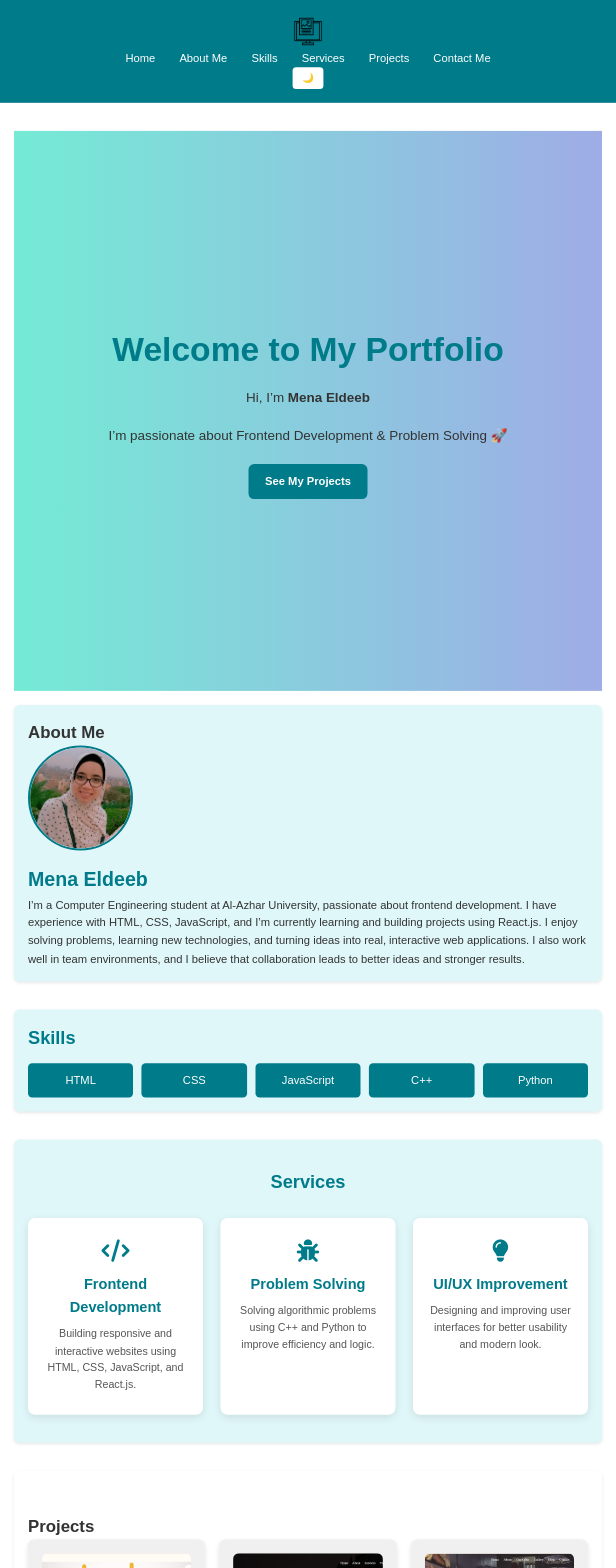
Repository: MenaEldeeb/My-Portfolio
Page: index.html
These files come from the project's save history. The page is drawn as it stood at one moment and after the next save; the edit follows.
The browser window is 768 px wide. The page is 880 px wide, so the pictures cover 880 px, including what lies to the right of the window. The pictures show the part of the page from y = 0 to 2240 px (the page is 3246 px tall), at 70% of full size.

Above is the page before, as saved 2025-08-29 13:11:06.

### index.html
<!DOCTYPE html>
<html lang="en">
<head>
  <meta charset="UTF-8" />
  <meta name="viewport" content="width=device-width, initial-scale=1.0" />
  <title>My Portfolio</title>
  <link rel="stylesheet" href="CSS/style.css" />

  <!-- Font Awesome -->
  <link rel="stylesheet" href="https://cdnjs.cloudflare.com/ajax/libs/font-awesome/6.5.0/css/all.min.css"
        integrity="sha512-..."
        crossorigin="anonymous"
        referrerpolicy="no-referrer" />
</head>

<body>
  <div id="container">

    <!-- Header -->
    <header id="hd">
      <div class="logo">
        <img src="images/logo.png" alt="Logo" />
      </div>

      <nav class="nav-text">
        <a href="#home">Home</a>
        <a href="#about">About Me</a>
        <a href="#skills">Skills</a>
        <a href="#services">Services</a>
        <a href="#projects">Projects</a>
        <a href="#contact">Contact Me</a>
      </nav>

      <button id="theme-toggle">🌙</button>
    </header>

    <!-- Sidebar (اختياري) -->
    <!--
    <aside id="sd">
      <nav class="icon-nav">
        <a href="#home" title="Home"><i class="fas fa-home"></i></a>
        <a href="#about" title="About Me"><i class="fas fa-user"></i></a>
        <a href="#skills" title="Skills"><i class="fas fa-laptop-code"></i></a>
        <a href="#projects" title="Projects"><i class="fas fa-folder-open"></i></a>
        <a href="#contact" title="Contact Me"><i class="fas fa-envelope"></i></a>
      </nav>
    </aside>
    -->

    <!-- Main Content -->
    <main id="mn">

      <!-- Home -->
      <section id="home">
        <div class="home-content">
          <h1>Welcome to My Portfolio</h1>
          <p>Hi, I’m <strong>Mena Eldeeb</strong></p>
          <p>I’m passionate about Frontend Development & Problem Solving 🚀</p>
          <a href="#projects" class="btn">See My Projects</a>
        </div>
      </section>

      <!-- About Me -->
      <section id="about">
        <h2>About Me</h2>
        <div class="about-content">
          <img src="images/Mena.jpg" alt="Profile picture of Mena Eldeeb" class="profile-img" />
          <div>
            <h3 class="my-name">Mena Eldeeb</h3>
            <p>
              I’m a Computer Engineering student at Al-Azhar University, passionate about frontend development.
              I have experience with HTML, CSS, JavaScript, and I’m currently learning and building projects using React.js.
              I enjoy solving problems, learning new technologies, and turning ideas into real, interactive web applications.
              I also work well in team environments, and I believe that collaboration leads to better ideas and stronger results.
            </p>
          </div>
        </div>
      </section>

      <!-- Skills -->
      <section id="skills">
        <h2>Skills</h2>
        <ul>
          <li>HTML</li>
          <li>CSS</li>
          <li>JavaScript</li>
          <li>C++</li>
          <li>Python</li>
        </ul>
      </section>

      <!-- Services -->
      <section id="services">
        <h2>Services</h2>
        <div class="services-container">
          <div class="service-card">
            <i class="fas fa-code fa-2x"></i>
            <h3>Frontend Development</h3>
            <p>Building responsive and interactive websites using HTML, CSS, JavaScript, and React.js.</p>
          </div>

          <div class="service-card">
            <i class="fas fa-bug fa-2x"></i>
            <h3>Problem Solving</h3>
            <p>Solving algorithmic problems using C++ and Python to improve efficiency and logic.</p>
          </div>

          <div class="service-card">
            <i class="fas fa-lightbulb fa-2x"></i>
            <h3>UI/UX Improvement</h3>
            <p>Designing and improving user interfaces for better usability and modern look.</p>
          </div>
        </div>
      </section>

      <!-- Projects -->
      <section id="projects">
        <h2>Projects</h2>
        <div class="projects-container">
          <div class="project-card">
            <img src="images/Screenshot (357).png" alt="To-do List project preview">
            <h3>To-do List</h3>
            <p>A simple to-do list app with HTML, CSS, and JavaScript.</p>
            <a href="https://github.com/MenaEldeeb/To-Do-Iist.git" target="_blank" rel="noopener noreferrer">View on GitHub</a>
          </div>

          <div class="project-card">
            <img src="images/Screenshot (355).png" alt="Fokir Template project preview">
            <h3>Fokir</h3>
            <p>A fully responsive template built with HTML, CSS, and JavaScript.</p>
            <a href="https://github.com/MenaEldeeb/fokir.git" target="_blank" rel="noopener noreferrer">View on GitHub</a>
          </div>

          <div class="project-card">
            <img src="images/Screenshot (356).png" alt="Bakery Engage project preview">
            <h3>Bakery Engage</h3>
            <p>A simple responsive app built using HTML and CSS for a fictional bakery.</p>
            <a href="https://github.com/MenaEldeeb/task4.git" target="_blank" rel="noopener noreferrer">View on GitHub</a>
          </div>
        </div>
      </section>

      <!-- Contact Me -->
      <section id="contact">
        <h2>Contact Me</h2>
        <form id="contact-form" method="POST" action="https://formsubmit.co/menaeldeeb98@gmail.com">
          <input type="hidden" name="_captcha" value="false" />

          <label for="name">Name</label>
          <input type="text" id="name" name="name" placeholder="Your Name" required />

          <label for="email">Email</label>
          <input type="email" id="email" name="email" placeholder="Your Email" required />

          <label for="message">Message</label>
          <textarea id="message" name="message" placeholder="Your Message" rows="5" required></textarea>

          <button type="submit">Send</button>
        </form>
        <p id="form-status" style="display:none;"></p>
      </section>
    </main>

    <!-- Footer -->
    <footer id="ft">
      &copy; 2025 Mena Eldeeb. All rights reserved.
    </footer>
  </div>

  <script src="JS/main.js"></script>
</body>
</html>

### CSS/style.css
/* ========== Reset ========== */
* {
  margin: 0;
  padding: 0;
  box-sizing: border-box;
}

/* ========== Global Styles ========== */
body {
  font-family: 'Poppins', sans-serif;
  background-color: #f5f7fa;
  color: #333;
  line-height: 1.6;
  overflow-x: hidden;
}


img {
  max-width: 100%;
  height: auto;
  display: block;
}

/* ========== Home Section ========== */
#home {
  height: 100vh;
  display: flex;
  justify-content: center;
  align-items: center;
  text-align: center;
  background: linear-gradient(to right, #74ebd5, #9face6);
  color: #333;
  padding: 20px;
  margin-bottom: 20px;
}
#home h1 {
  font-size: 3rem;
  margin-bottom: 1rem;
  color: #007b8a;
}
#home p {
  font-size: 1.2rem;
  margin-bottom: 1.5rem;
}
#home .btn {
  display: inline-block;
  padding: 12px 24px;
  background: #007b8a;
  color: #fff;
  border-radius: 8px;
  text-decoration: none;
  font-weight: bold;
  transition: background 0.3s, transform 0.2s;
}
#home .btn:hover {
  background: #005f6b;
  transform: scale(1.05);
}

/* Dark Mode Home */
body.dark-mode #home {
  background: linear-gradient(to right, #1e1e1e, #333);
  color: #f1f1f1;
}
body.dark-mode #home h1 {
  color: #90caf9;
}

/* ========== Layout ========== */
#container {
  display: grid;
  grid-template-areas:
    "hd"
    "mn"
    "sd"
    "ft";
  grid-template-columns: 1fr;
  grid-template-rows: auto;
  min-height: 100vh;
}

/* ========== Header ========== */
#hd {
  grid-area: hd;
  background-color: #007b8a;
  color: white;
  display: flex;
  justify-content: space-between;
  align-items: center;
  flex-wrap: wrap;
  padding: 20px;
}
.logo img {
  height: 50px;
}
.nav-text a {
  color: white;
  text-decoration: none;
  margin: 0 15px;
  font-weight: 500;
  transition: color 0.3s;
}
#theme-toggle {
  background-color: white;
  color: #007b8a;
  border: none;
  padding: 8px 14px;
  border-radius: 5px;
  cursor: pointer;
  transition: background 0.3s;
}
#theme-toggle:hover {
  background-color: #eee;
}

/* ========== Sidebar ========== */
#sd {
  grid-area: sd;
  background-color: #ffe8b0;
  display: flex;
  justify-content: center;
  gap: 20px;
  padding: 20px;
  font-size: 20px;
}
.icon-nav a {
  color: #333;
  transition: color 0.3s;
}
.icon-nav a:hover {
  color: #007b8a;
}

/* ========== Main Content ========== */
#mn {
  grid-area: mn;
  padding: 30px 20px;
  background-color: #fff;
}

/* ========== Section Styling ========== */
#about, #skills, #projects, #contact {
  background-color: #e0f7fa;
  border-radius: 8px;
  padding: 20px;
  margin-bottom: 40px;
  box-shadow: 0 2px 5px rgba(0,0,0,0.1);
}
#contact { margin-bottom: 0; }

/* ========== About ========== */
.about-content {
  display: flex;
  gap: 20px;
  align-items: center;
  flex-wrap: wrap;
}
.profile-img {
  width: 150px;
  height: 150px;
  border-radius: 50%;
  object-fit: cover;
  border: 3px solid #007b8a;
}
.my-name {
  font-size: 28px;
  color: #007b8a;
}

/* ========== Skills ========== */
#skills h2 {
  font-size: 26px;
  margin-bottom: 15px;
  color: #007b8a;
}
#skills ul {
  display: grid;
  grid-template-columns: repeat(auto-fit, minmax(120px, 1fr));
  gap: 12px;
  padding: 0;
  list-style: none;
}
#skills li {
  background-color: #007b8a;
  color: white;
  padding: 12px 10px;
  border-radius: 6px;
  text-align: center;
  font-weight: 300;
  transition: transform 0.3s ease, background-color 0.3s ease;
}
#skills li:hover {
  background-color: #005f6b;
  transform: translateY(-4px);
}
/* ========== Services ========== */
#services {
  background-color: #e0f7fa;
  border-radius: 8px;
  padding: 40px 20px;
  margin-bottom: 40px;
  box-shadow: 0 2px 5px rgba(0,0,0,0.1);
}
#services h2 {
  font-size: 26px;
  margin-bottom: 30px;
  color: #007b8a;
  text-align: center;
}
.services-container {
  display: grid;
  grid-template-columns: repeat(auto-fit, minmax(250px, 1fr));
  gap: 25px;
  max-width: 1100px;
  margin: 0 auto;
}
.service-card {
  background-color: #fff;
  padding: 30px 20px;
  border-radius: 10px;
  box-shadow: 0 4px 12px rgba(0,0,0,0.1);
  text-align: center;
  transition: transform 0.3s ease, box-shadow 0.3s ease;
}
.service-card:hover {
  transform: translateY(-6px);
  box-shadow: 0 6px 16px rgba(0,0,0,0.15);
}
.service-card i {
  color: #007b8a;
  margin-bottom: 15px;
}
.service-card h3 {
  font-size: 1.3rem;
  margin-bottom: 10px;
  color: #007b8a;
}
.service-card p {
  font-size: 0.95rem;
  color: #555;
}

/* ========== Dark Mode Services ========== */
body.dark-mode #services {
  background-color: #2a2a2a;
}
body.dark-mode .service-card {
  background-color: #3a3a3a;
  box-shadow: 0 4px 12px rgba(0,0,0,0.4);
}
body.dark-mode .service-card i,
body.dark-mode .service-card h3 {
  color: #90caf9;
}
body.dark-mode .service-card p {
  color: #ddd;
}

/* ========== Projects ========== */
#projects {
  padding: 60px 20px;
  background-color: #fff;
}
.projects-container {
  display: grid;
  grid-template-columns: repeat(auto-fit, minmax(280px, 1fr));
  gap: 25px;
  max-width: 1100px;
  margin: 0 auto;
}
.project-card {
  background-color: #f0f0f0;
  padding: 20px;
  border-radius: 10px;
  box-shadow: 0 3px 8px rgba(0,0,0,0.1);
  text-align: center;
  transition: transform 0.3s ease, box-shadow 0.3s ease;
}
.project-card:hover {
  transform: translateY(-8px);
  box-shadow: 0 6px 14px rgba(0,0,0,0.2);
}
.project-card img {
  width: 100%;
  height: 200px;
  object-fit: cover;
  border-radius: 8px;
  margin-bottom: 15px;
  transition: transform 0.3s ease;
}
.project-card img:hover {
  transform: scale(1.05);
}
.project-card h3 {
  margin-bottom: 10px;
  font-size: 1.4rem;
  color: #007b8a;
}
.project-card p {
  font-size: 0.95rem;
  margin-bottom: 15px;
  color: #555;
}
.project-card a {
  display: inline-block;
  color: #007b8a;
  font-weight: bold;
  text-decoration: none;
  transition: color 0.3s ease;
}
.project-card a:hover {
  color: #005f6b;
  text-decoration: underline;
}

/* ========== Contact ========== */
#contact h2 {
  font-size: 26px;
  margin-bottom: 15px;
  color: #007b8a;
}
.contact-info p {
  margin-bottom: 5px;
  font-weight: 500;
}
form {
  margin-top: 20px;
}
form label {
  display: block;
  margin-bottom: 5px;
  font-weight: bold;
}
form input, form textarea {
  width: 100%;
  padding: 10px;
  margin-bottom: 10px;
  border: 1px solid #ccc;
  border-radius: 5px;
}
form button {
  background-color: #007b8a;
  color: white;
  padding: 10px 20px;
  border: none;
  border-radius: 4px;
  cursor: pointer;
}
form button:hover {
  background-color: #005f6b;
}

/* ========== Footer ========== */
#ft {
  grid-area: ft;
  background-color: #1e1e1e;
  color: white;
  text-align: center;
  padding: 15px 0;
}

/* ========== Dark Mode ========== */
body.dark-mode {
  background-color: #121212;
  color: #f1f1f1;
}
body.dark-mode #hd,
body.dark-mode #ft {
  background-color: #1e1e1e;
  color: #f1f1f1;
}
body.dark-mode #mn {
  background-color: #1a1a1a;
}
body.dark-mode #about,
body.dark-mode #skills,
body.dark-mode #projects,
body.dark-mode #contact {
  background-color: #2a2a2a;
  box-shadow: none;
}
body.dark-mode .project-card {
  background-color: #3a3a3a;
  box-shadow: 0 3px 8px rgba(0,0,0,0.6);
}
body.dark-mode .project-card h3,
body.dark-mode .project-card a {
  color: #90caf9;
}
body.dark-mode .project-card p {
  color: #ddd;
}
body.dark-mode #skills li {
  background-color: #555;
  color: #ddd;
}

/* ========== Responsive Design ========== */
/* Tablets (≤1023px) */
@media (max-width: 1023px) {
  #container {
    grid-template-areas:
      "hd"
      "sd"
      "mn"
      "ft";
    grid-template-columns: 1fr;
    grid-template-rows: auto auto 1fr auto;
  }
  #hd {
    padding: 20px 40px;
    flex-direction: column;
    text-align: center;
  }
  #sd {
    justify-content: flex-start;
    gap: 30px;
    font-size: 22px;
    padding: 20px 20px; /* قللت الـ padding يمين وشمال */
    flex-wrap: wrap;
  }
  #mn {
    padding: 40px 20px; /* قللت يمين وشمال */
  }
  .projects-container {
    grid-template-columns: repeat(auto-fit, minmax(230px, 1fr));
    gap: 20px;
  }
  #skills ul {
    grid-template-columns: repeat(auto-fit, minmax(100px, 1fr));
  }
}

/* Mobile (≤600px) */
@media (max-width: 600px) {
  #hd {
    flex-direction: column;
    gap: 10px;
    text-align: center;
  }
  .about-content {
    flex-direction: column;
    text-align: center;
  }
  #skills ul {
    grid-template-columns: 1fr;
    gap: 10px;
  }
  #sd {
    flex-wrap: wrap;
    justify-content: center;
    padding: 15px 10px;
  }
  .projects-container {
    grid-template-columns: 1fr;
    gap: 15px;
  }
  .project-card img {
    height: 160px;
  }
  .project-card h3 {
    font-size: 1.2rem;
  }
  .project-card p {
    font-size: 0.9rem;
  }
}

### JS/main.js
document.addEventListener('DOMContentLoaded', () => {
    const toggleButton = document.getElementById('theme-toggle');
    const savedTheme = localStorage.getItem('theme');

    // Apply saved theme
    if (savedTheme === 'dark') {
        document.body.classList.add('dark-mode');
        toggleButton.textContent = '☀️';
    }

    // Toggle theme
    if (toggleButton) {
        toggleButton.addEventListener('click', () => {
            const isDark = document.body.classList.toggle('dark-mode');
            localStorage.setItem('theme', isDark ? 'dark' : 'light');
            toggleButton.textContent = isDark ? '☀️' : '🌙';
        });
    }

    // Smooth scroll for internal links
    document.querySelectorAll('a[href^="#"]').forEach(anchor => {
        anchor.addEventListener('click', function (e) {
            e.preventDefault();
            document.querySelector(this.getAttribute('href')).scrollIntoView({
                behavior: 'smooth'
            });
        });
    });
});

After the next save:
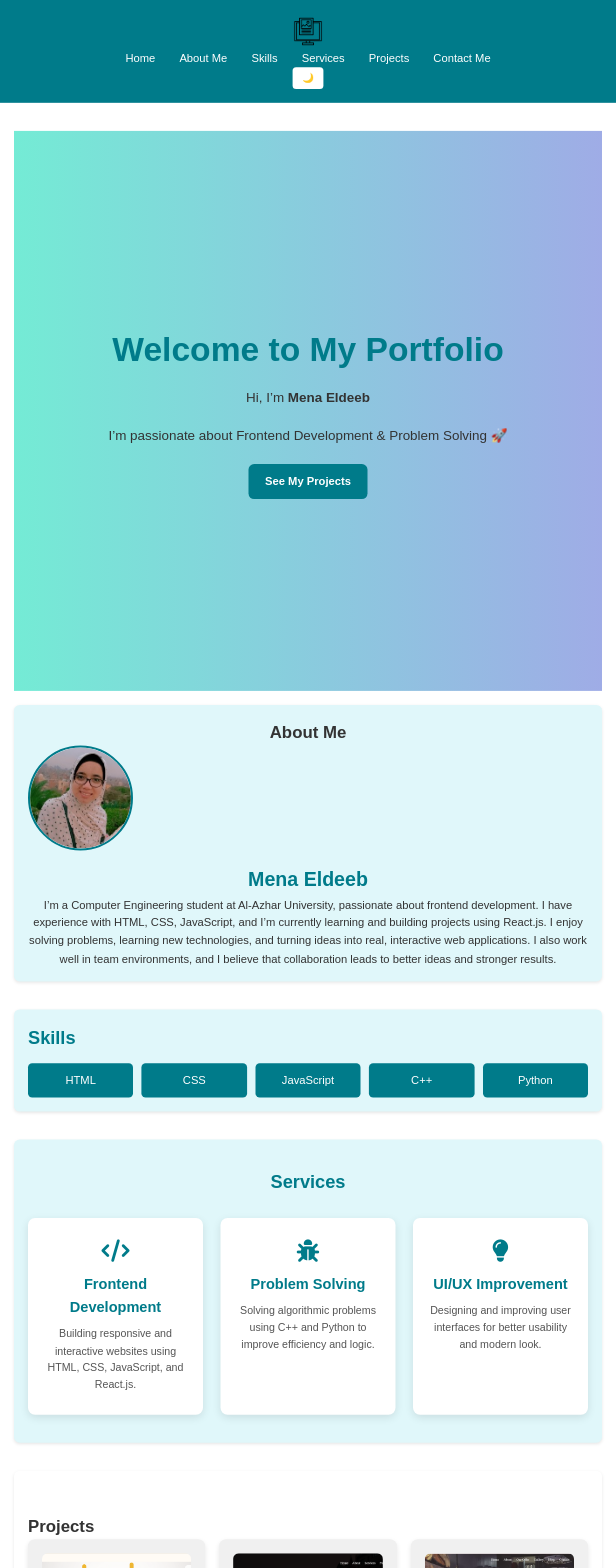
Saved 7 min 25 s later.
--- a/CSS/style.css
+++ b/CSS/style.css
@@ -254,7 +254,11 @@
 }
 body.dark-mode .service-card p {
   color: #ddd;
-}
+
+  }
+      #about,services,projects,projects h2{
+        text-align: center;
+      }
 
 /* ========== Projects ========== */
 #projects {
@@ -416,11 +420,11 @@
     justify-content: flex-start;
     gap: 30px;
     font-size: 22px;
-    padding: 20px 20px; /* قللت الـ padding يمين وشمال */
+    padding: 20px 20px;
     flex-wrap: wrap;
   }
   #mn {
-    padding: 40px 20px; /* قللت يمين وشمال */
+    padding: 40px 20px;
   }
   .projects-container {
     grid-template-columns: repeat(auto-fit, minmax(230px, 1fr));
